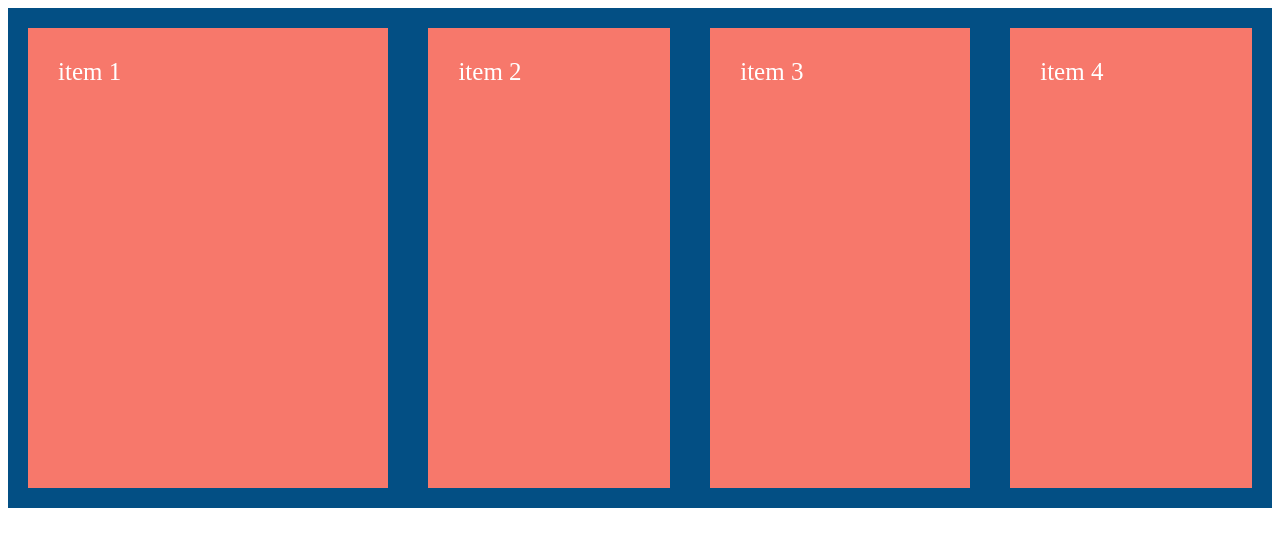
Repository: mehmetbuber38/flex
Page: flex-item-properties.html
The author's editor kept a copy of each file at every save. The page is drawn from the files as they stood at one save, then again after the next save.
The browser window is 1280 px wide. The pictures show the whole page.

Above is the page before, as saved 2022-01-31 20:43:45.

### flex-item-properties.html
<!DOCTYPE html>
<html lang="en">

<head>
    <meta charset="UTF-8">
    <meta http-equiv="X-UA-Compatible" content="IE=edge">
    <meta name="viewport" content="width=device-width, initial-scale=1.0">
    <title>Flex Container</title>
</head>
<style>
    .container {
        display: flex;

        height: 500px;
        background-color: #034f84;

    }

    .item-1 {
        flex-grow: 2;
        /*Varsayılandan hariç verilen deger kadar alan kaplar 2ye değer alanı kaplar.*/
        /* flex: 20%; Sayfanın yüzde 20 si kadar alan kaplar */
    }

    .item-2 {
        flex-grow: 1;
        /*1 e değer verilen alanı kaplar. */
        /* flex: 20%; Sayfanın yüzde 20 si kadar alan kaplar */
    }

    .item-3 {
        flex-basis: 200px;
        /*200px lik alan kadar kaplar.*/
        flex-shrink: 0;
        /*1 varsayılan oldugu için 200px altına iner fakat 0 olduğunda 200px altına hiçbir şekilde düşmez*/
        /* flex: 10%; Sayfanın yüzde 10 si kadar alan kaplar */
    }

    .item-4 {
        flex-grow: 1;
        /* flex: 50%; Sayfanın yüzde 50 si kadar alan kaplar  */
    }

    .item {
        background-color: #f7786b;
        padding: 30px;
        margin: 20px;
        color: #fff;
        font-size: 25px;
    }
</style>

<body>
    <div class="container">
        <div class="item item-1">item 1</div>
        <div class="item item-2">item 2</div>
        <div class="item item-3">item 3</div>
        <div class="item item-4">item 4</div>

    </div>

</body>

</html>

After the next save:
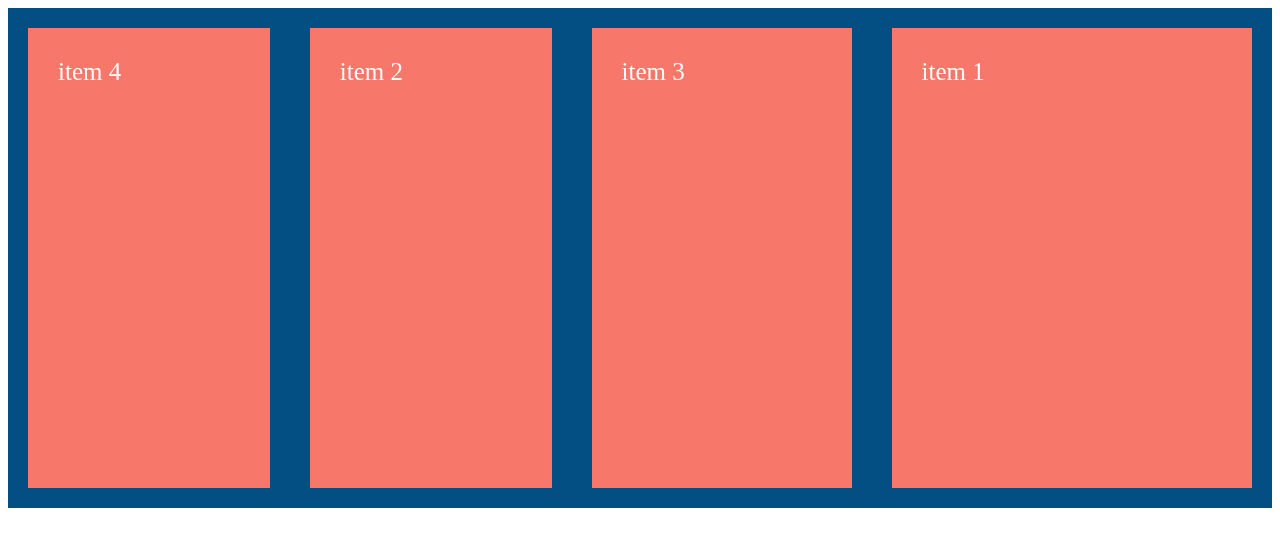
Saved 2 min 17 s later.
--- a/flex-item-properties.html
+++ b/flex-item-properties.html
@@ -17,18 +17,21 @@
     }
 
     .item-1 {
+        order: 3;
         flex-grow: 2;
         /*Varsayılandan hariç verilen deger kadar alan kaplar 2ye değer alanı kaplar.*/
         /* flex: 20%; Sayfanın yüzde 20 si kadar alan kaplar */
     }
 
     .item-2 {
+        order: 1;
         flex-grow: 1;
         /*1 e değer verilen alanı kaplar. */
         /* flex: 20%; Sayfanın yüzde 20 si kadar alan kaplar */
     }
 
     .item-3 {
+        order: 2;
         flex-basis: 200px;
         /*200px lik alan kadar kaplar.*/
         flex-shrink: 0;
@@ -37,6 +40,7 @@
     }
 
     .item-4 {
+        order: -1;
         flex-grow: 1;
         /* flex: 50%; Sayfanın yüzde 50 si kadar alan kaplar  */
     }
